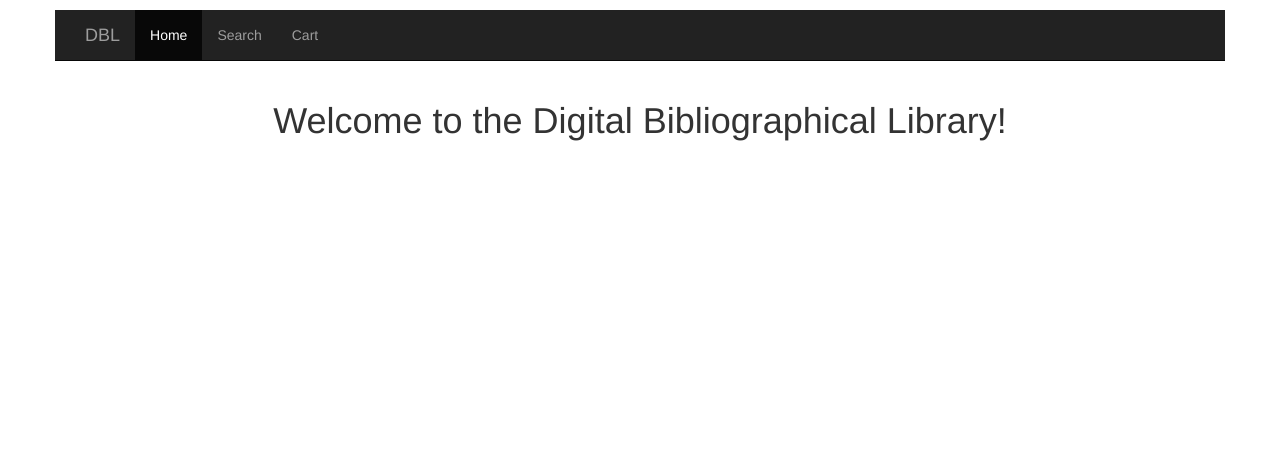
Repository: iancwwong/DigitalBibliographicalLibrary
Page: http://localhost/DigitalBibliographicLibrary/index.jsp
These files come from the project's save history. The page is drawn as it stood at one moment and after the next save; the edit follows.
The browser window is 1280 px wide. The pictures show the whole page.
The page is served by Tomcat 9.

Above is the page before, as saved 2016-08-25 09:36:37.

After the next save:
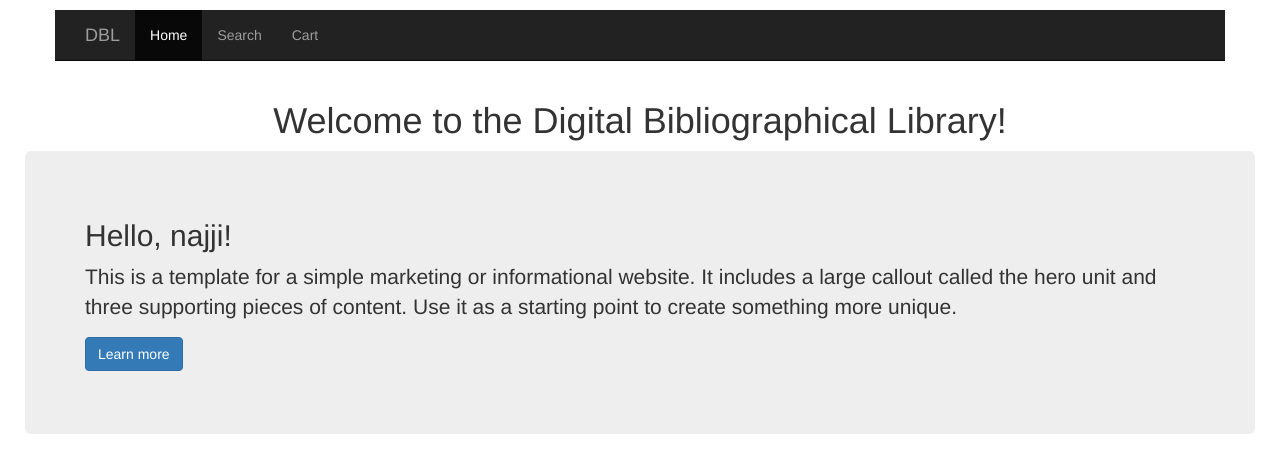
Saved 9 min 23 s later.
--- a/DigitalBibliographicLibrary/WebContent/index.jsp
+++ b/DigitalBibliographicLibrary/WebContent/index.jsp
@@ -29,6 +29,24 @@
 	<h1>Welcome to the Digital Bibliographical Library!</h1>
 	</center>
 
+<div class="container-fluid">
+	<div class="row">
+		<div class="col-md-12">
+			<div class="jumbotron">
+				<h2>
+					Hello, najji!
+				</h2>
+				<p>
+					This is a template for a simple marketing or informational website. It includes a large callout called the hero unit and three supporting pieces of content. Use it as a starting point to create something more unique.
+				</p>
+				<p>
+					<a class="btn btn-primary btn-large" href="#">Learn more</a>
+				</p>
+			</div>
+		</div>
+	</div>
+</div>
+
     <!-- ========= Bootstrap Core Javascript =========== -->
     <!-- jQuery (necessary for Bootstrap's JavaScript plugins) -->
     <script src="https://ajax.googleapis.com/ajax/libs/jquery/1.12.4/jquery.min.js"></script>
